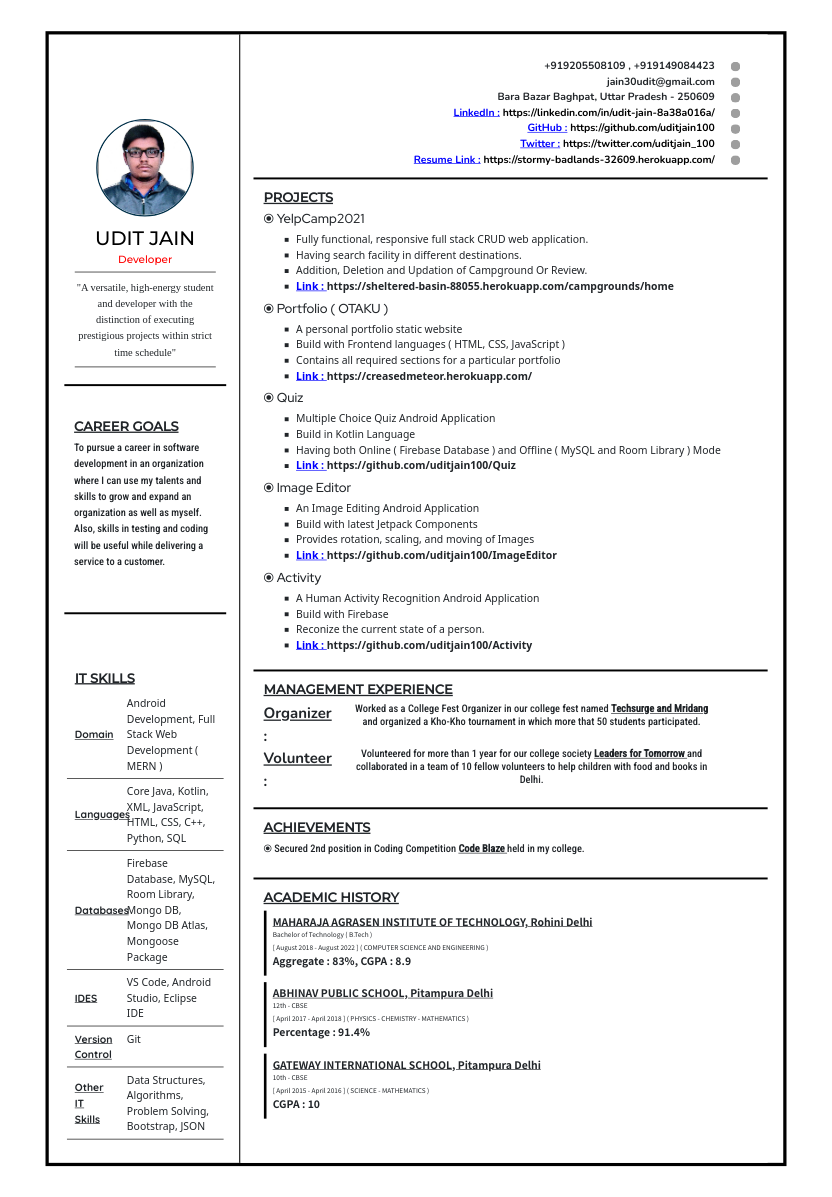
Repository: uditjain100/Resume
Page: index.html
These files come from the project's save history. The page is drawn as it stood at one moment and after the next save; the edit follows.
The browser window is 1280 px wide. The pictures show the whole page, at 65% of full size.
Pictures or frames that could not be fetched are drawn as grey boxes. Some web fonts or font styles are not loaded; a fallback is used.

Above is the page before, as saved 2021-05-28 02:10:05.

After the next save:
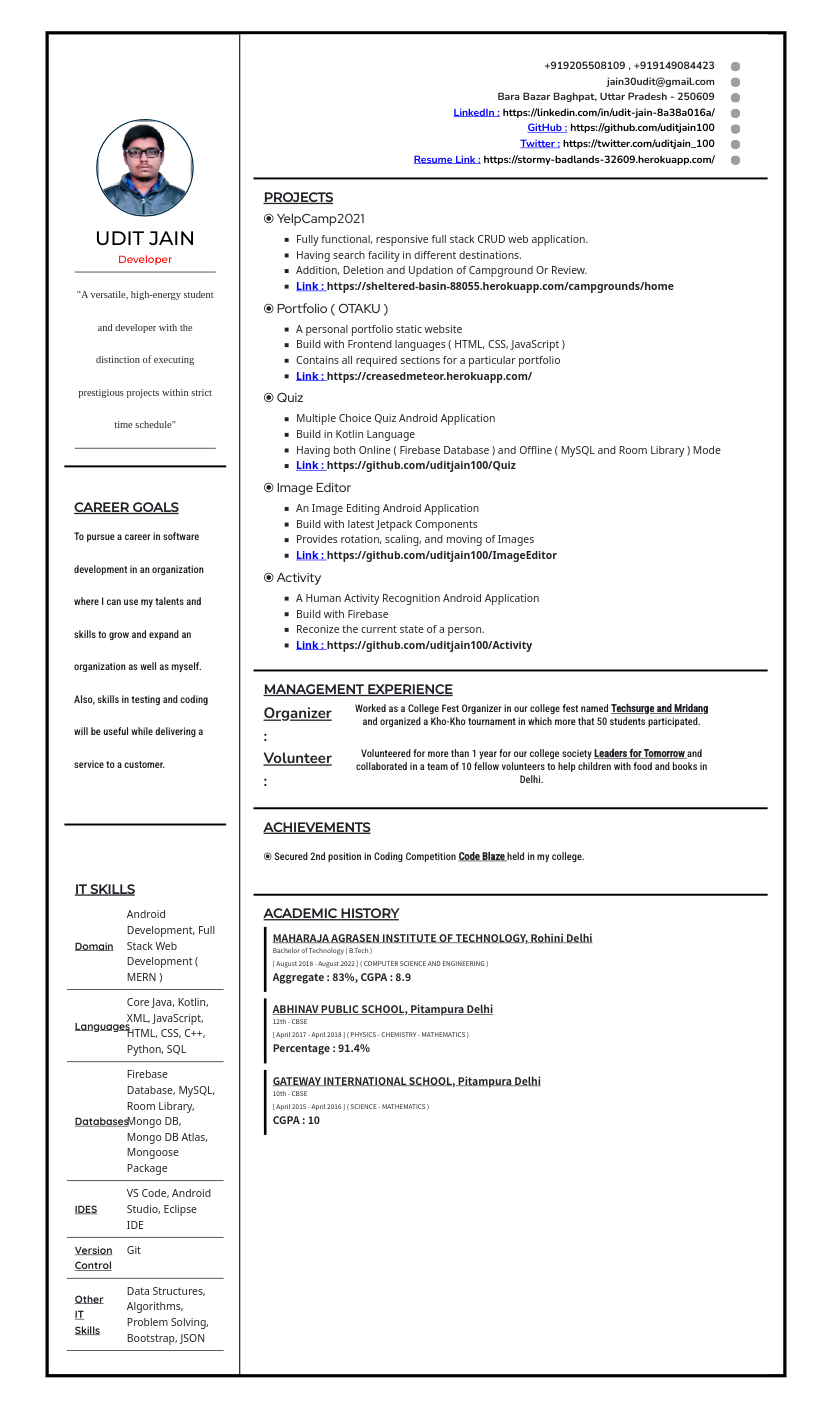
Saved 38 s later.
--- a/app.css
+++ b/app.css
@@ -17,7 +17,7 @@ html {
 
 p {
 	font-family: "Roboto Condensed", sans-serif;
-	line-height: 25px;
+	line-height: 50px;
 }
 
 ul {
@@ -100,7 +100,6 @@ article {
 
 #goalbox {
 	padding: 50px 15px 50px 15px;
-	line-height: 500px;
 }
 
 #managementskillsitem p {
